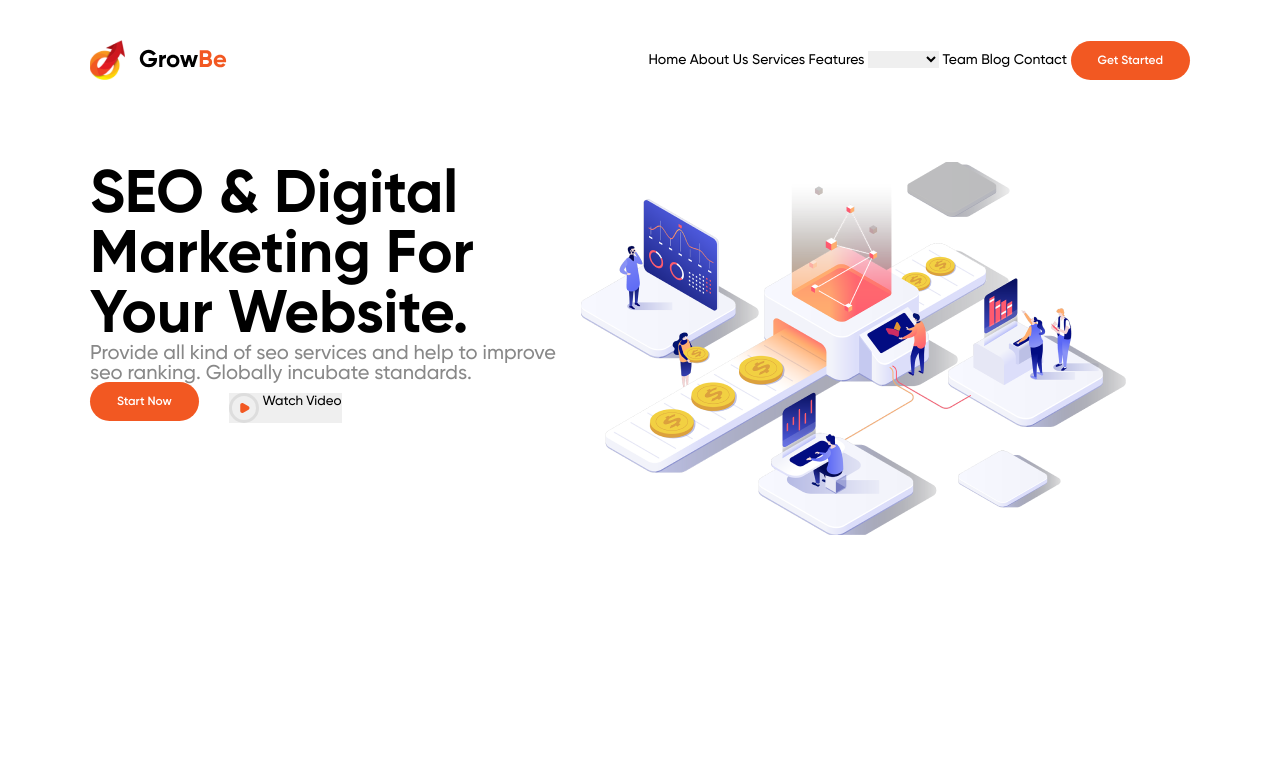
Repository: Alekseiy1980/GrowBe
Page: index.html
The author's editor kept a copy of each file at every save. The page is drawn from the files as they stood at one save, then again after the next save.
The browser window is 1280 px wide. The pictures show the whole page.

Above is the page before, as saved 2024-01-20 14:05:00.

After the next save:
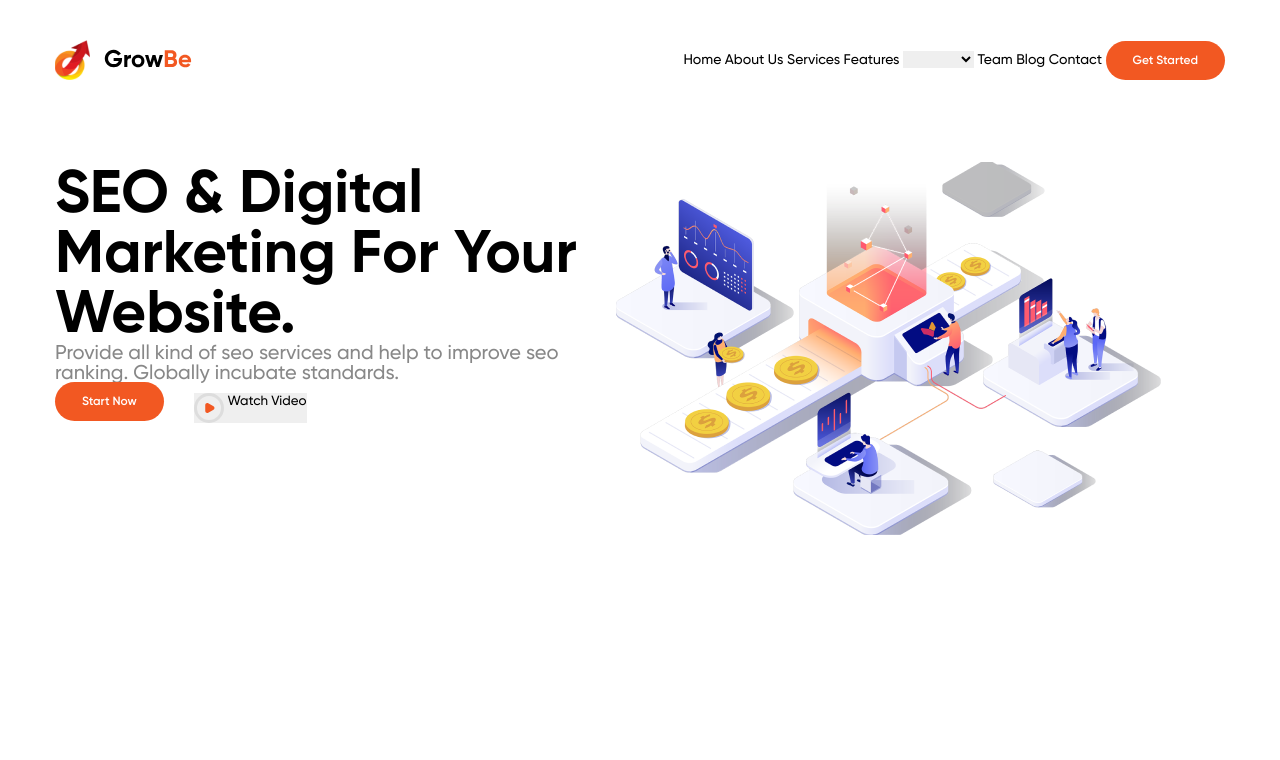
Saved 3 min 22 s later.
--- a/css/style.css
+++ b/css/style.css
@@ -26,7 +26,7 @@ body{
 }
 
 header {
-    width: 1100px;
+    width: 1170px;
     margin: 0 auto;
 }
 .menu_bar{
@@ -72,12 +72,11 @@ header {
 .home_meta{
     margin-top: 82px;
     display: flex;
-    width: 1100px;
+    width: 1170px;
 
 .home_content{
-
     white-space: pre-wrap;
-     width: 522px;
+    width: 522px;
     margin-bottom: 17px;
     padding-right: 40px;
     padding-top: 80px;
